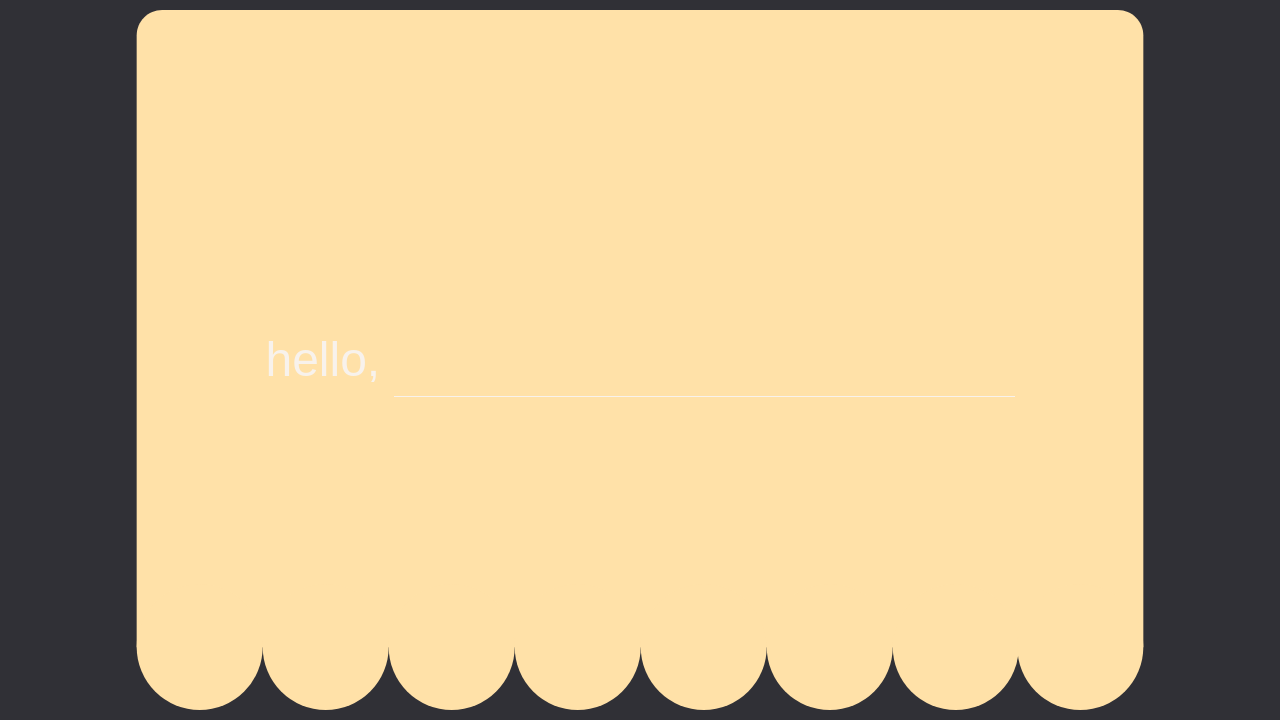
Repository: zhangolivia7/rot-recovery
Page: /
An editor plug-in stored every save of this project. The page is shown before and after the next save, followed by the edit.
The browser window is 1280 px wide. The pictures show the whole page.
The project was rebuilt for these pictures with package versions that can differ from the ones it lists, and the page was loaded fresh each time. The framework's server and built-in components were replaced by stand-ins that run in the browser. Also part of the build but not shown: next.config.ts.

Above is the page before, as saved 2025-03-29 17:31:19.

After the next save:
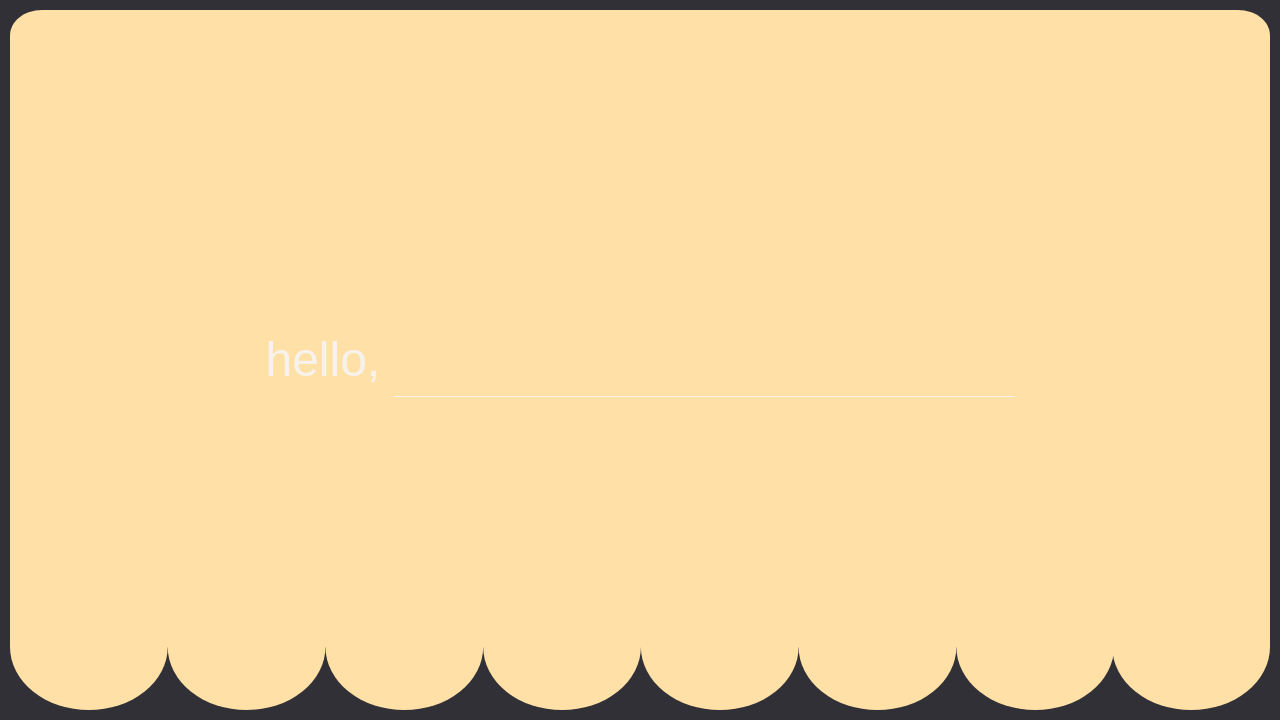
Saved 82 s later.
--- a/src/app/page.tsx
+++ b/src/app/page.tsx
@@ -81,13 +81,14 @@ export default function Home() {
     <div className={`h-screen snap-y snap-mandatory ${name.trim() === "" ? "overflow-hidden" : "overflow-y-scroll"}`}>
       {/* Section 1 */}
       <section id="sec1" className="h-screen flex justify-center items-center snap-start relative overflow-hidden">
-        {/* SVG Background with fixed 10px margin on all sides */}
-        <div className="absolute inset-0 p-[10px] z-0">
+        {/* SVG Background with exact 10px margin on all sides */}
+        <div className="absolute top-[10px] left-[10px] right-[10px] bottom-[10px] z-0">
           <svg
             viewBox="0 0 1382 961"
             fill="none"
             xmlns="http://www.w3.org/2000/svg"
-            className="w-full h-full object-contain"
+            className="w-full h-full"
+            preserveAspectRatio="none"
           >
             <path d="M0 35C0 15.6701 15.67 0 35 0H1347C1366.33 0 1382 15.67 1382 35V875H0V35Z" fill="#FFE1A8" />
             <circle cx="86.5" cy="874.5" r="86.5" fill="#FFE1A8" />
